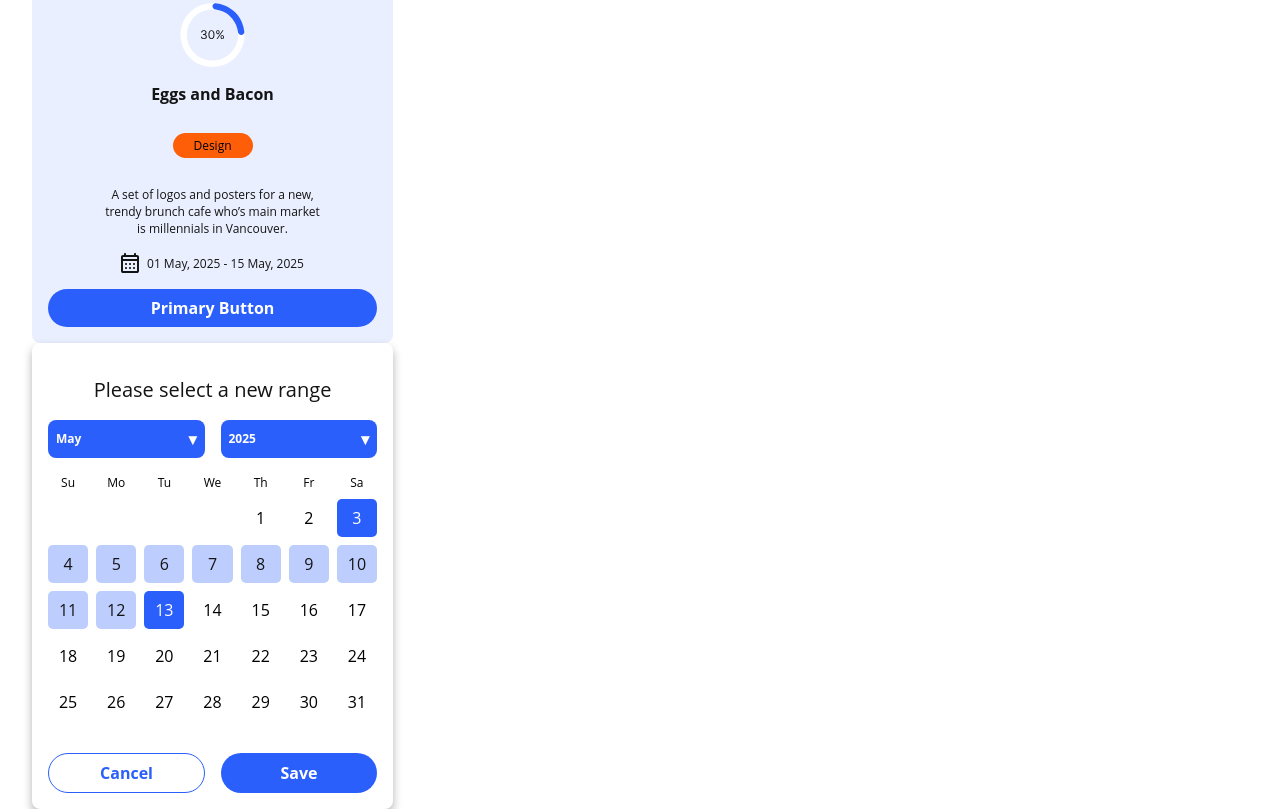
Repository: brunaguarizo/mosaic_app
Page: /
The author's editor kept a copy of each file at every save. The page is drawn from the files as they stood at one save, then again after the next save.
The browser window is 1280 px wide. The pictures show the whole page.
The project was rebuilt for these pictures with package versions that can differ from the ones it lists, and the page was loaded fresh each time. The framework's server and built-in components were replaced by stand-ins that run in the browser. Also part of the build but not shown: next.config.mjs, app/_ui/navbar/Navbar.js.

Above is the page before, as saved 2025-04-18 11:23:40.

After the next save:
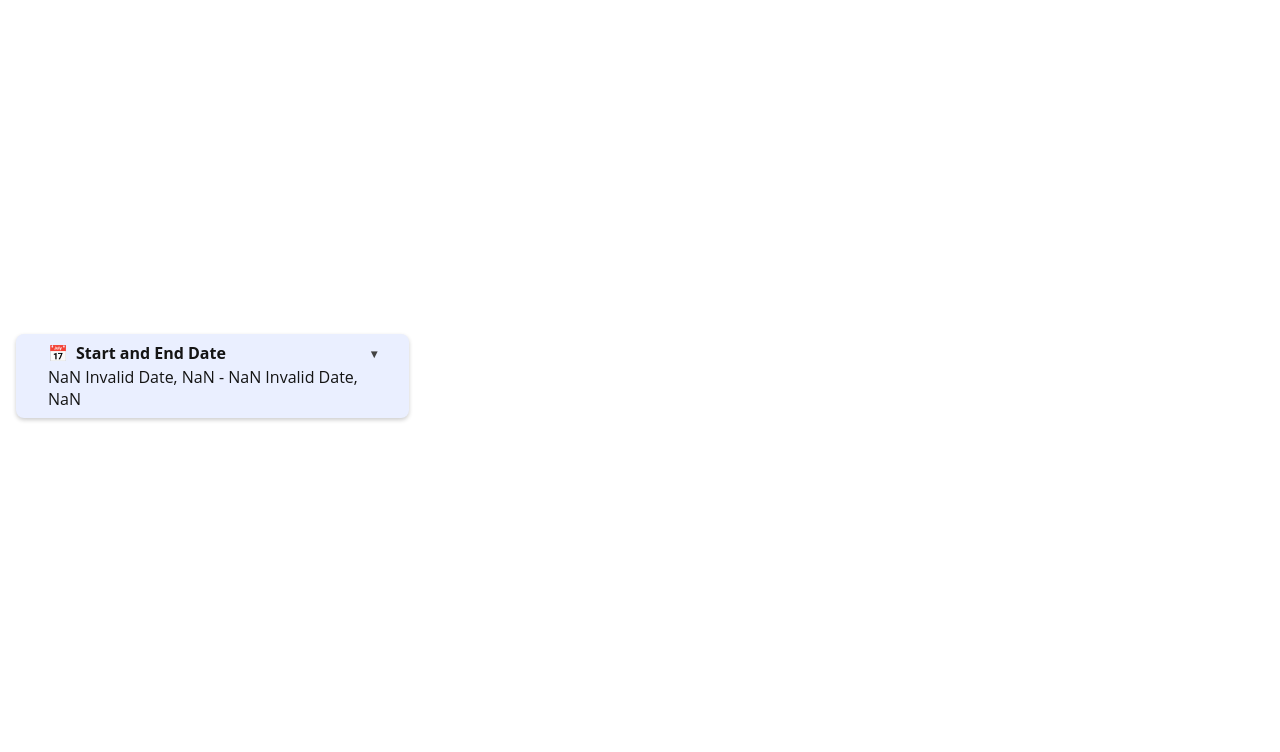
Saved 21 s later.
--- a/app/page.js
+++ b/app/page.js
@@ -2,13 +2,12 @@ import Navbar from "./_ui/Navbar/Navbar";
 import ProjectCard from "./_ui/Project_card/Project_card";
 import Button from "./_ui/Button/Button";
 import DatePicker from "./_ui/Date_PopUp/Date_PopUp";
+import DateCard from "./_ui/Date_Card/Date_Card";
 
 export default function Home() {
     return (
         <div>
-            <ProjectCard />
-
-            <DatePicker />
+            <DateCard />
         </div>
     );
 }
